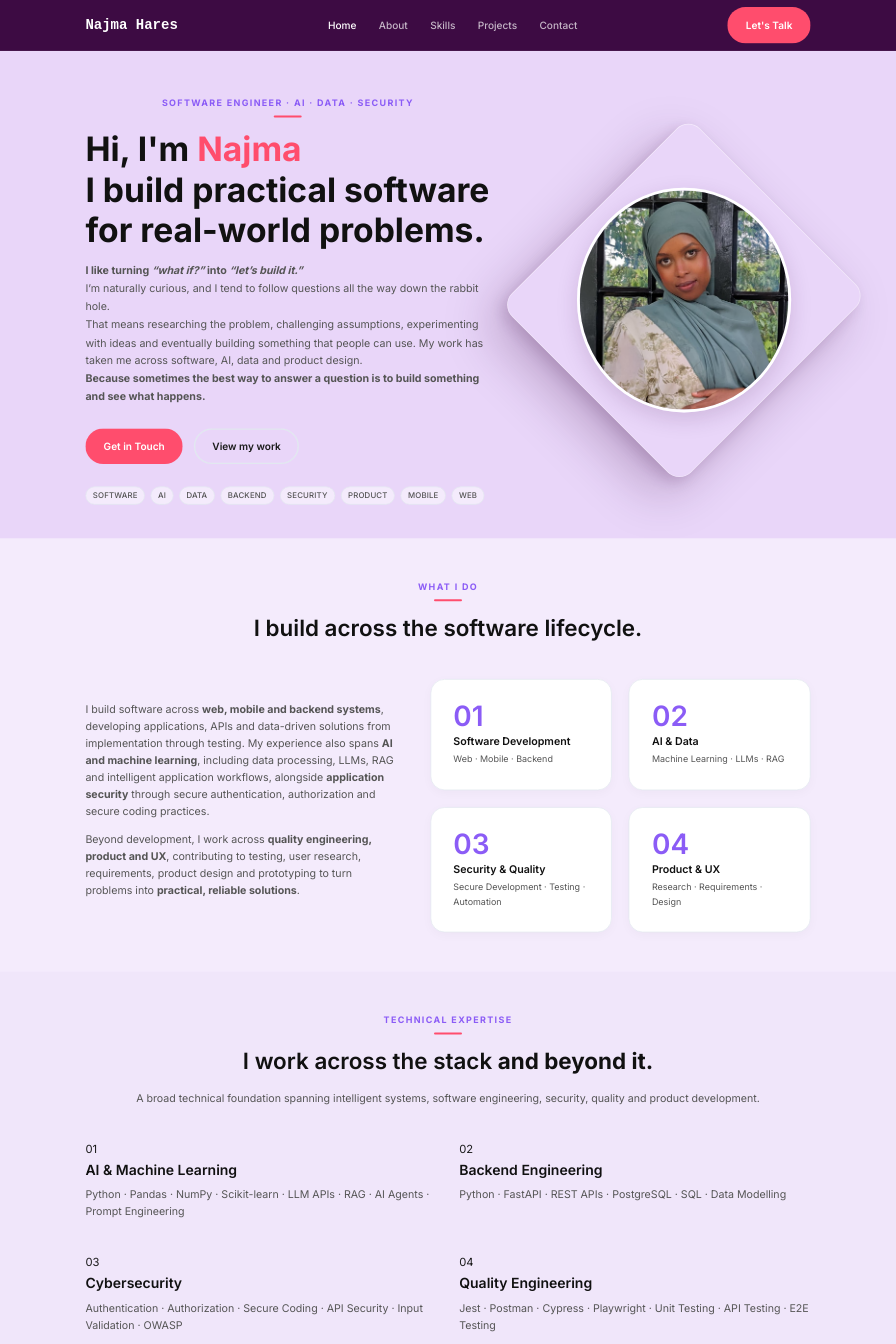
Repository: najmahares/portfolio
Page: index.html
These files come from the project's save history. The page is drawn as it stood at one moment and after the next save; the edit follows.
The browser window is 1280 px wide. The pictures show the part of the page from y = 0 to 1920 px (the page is 3777 px tall before and 3781 px after), at 70% of full size.

Above is the page before, as saved 2026-09-19 08:47:47.

After the next save:
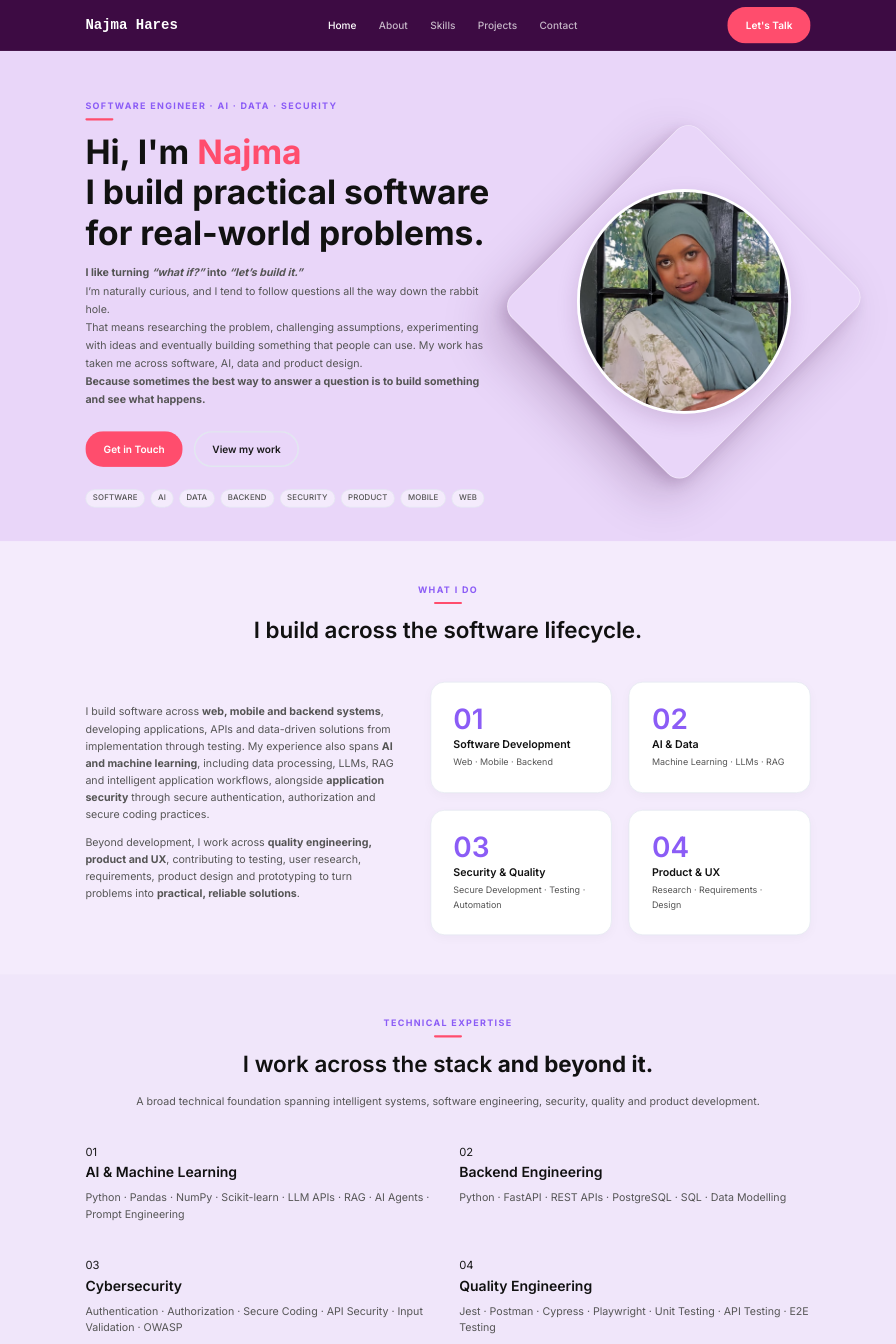
Saved 3 min 41 s later.
--- a/css/style.css
+++ b/css/style.css
@@ -617,3 +617,26 @@ p {
 .about-text .link-arrow {
   margin-top: 1rem;
 }
+.hero .badge {
+  display: inline-block;
+  text-align: left;
+  background-color: transparent;
+  border: none;
+  padding: 0;
+  font-size: 0.8rem;
+  font-weight: 700;
+  color: var(--accent-purple);
+  text-transform: uppercase;
+  letter-spacing: 0.15em;
+  margin-bottom: 1rem;
+}
+
+.hero .badge::after {
+  content: "";
+  display: block;
+  width: 40px;
+  height: 3px;
+  background-color: var(--accent);
+  margin: 8px 0 0;
+  border-radius: 2px;
+}
